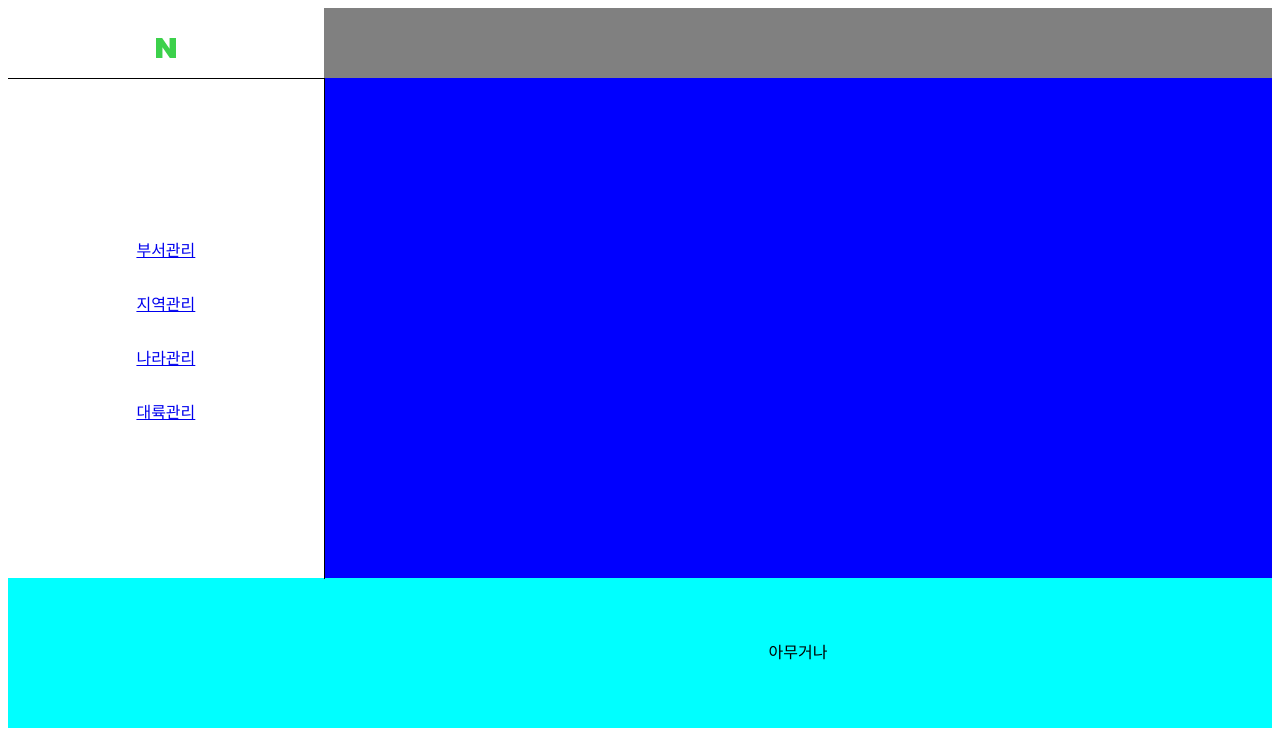
Repository: mireu930/Serverlet_App
Page: src/build/classes/webapp/template/layout.html
The author's editor kept a copy of each file at every save. The page is drawn from the files as they stood at one save, then again after the next save.
The browser window is 1280 px wide. The pictures show the whole page.

Above is the page before, as saved 2025-02-07 12:30:02.

After the next save:
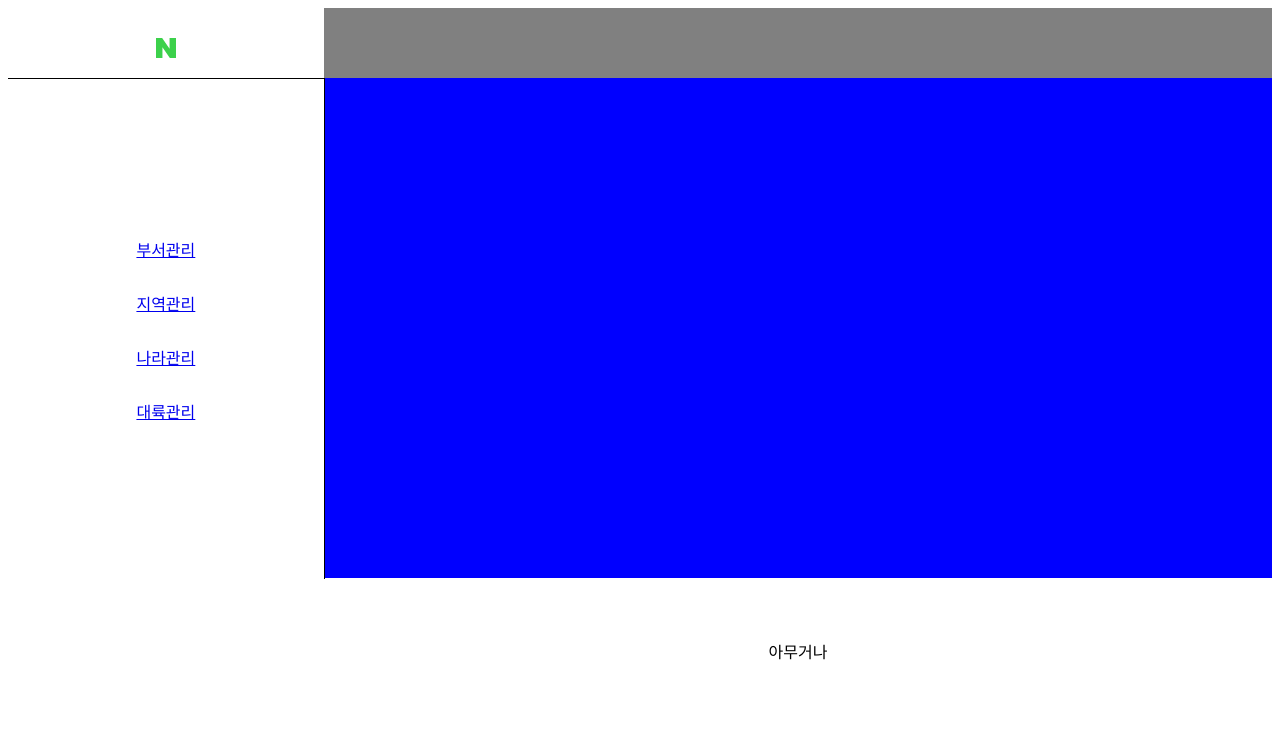
Saved 37 s later.
--- a/src/build/classes/webapp/template/layout.html
+++ b/src/build/classes/webapp/template/layout.html
@@ -74,7 +74,7 @@
 footer {
   width: 100%;
   height: 150px;
-  background-color: aqua;
+  background-color: rgb(rgb(255, 51, 0), green, blue);
 }
 
 .footer_right {
